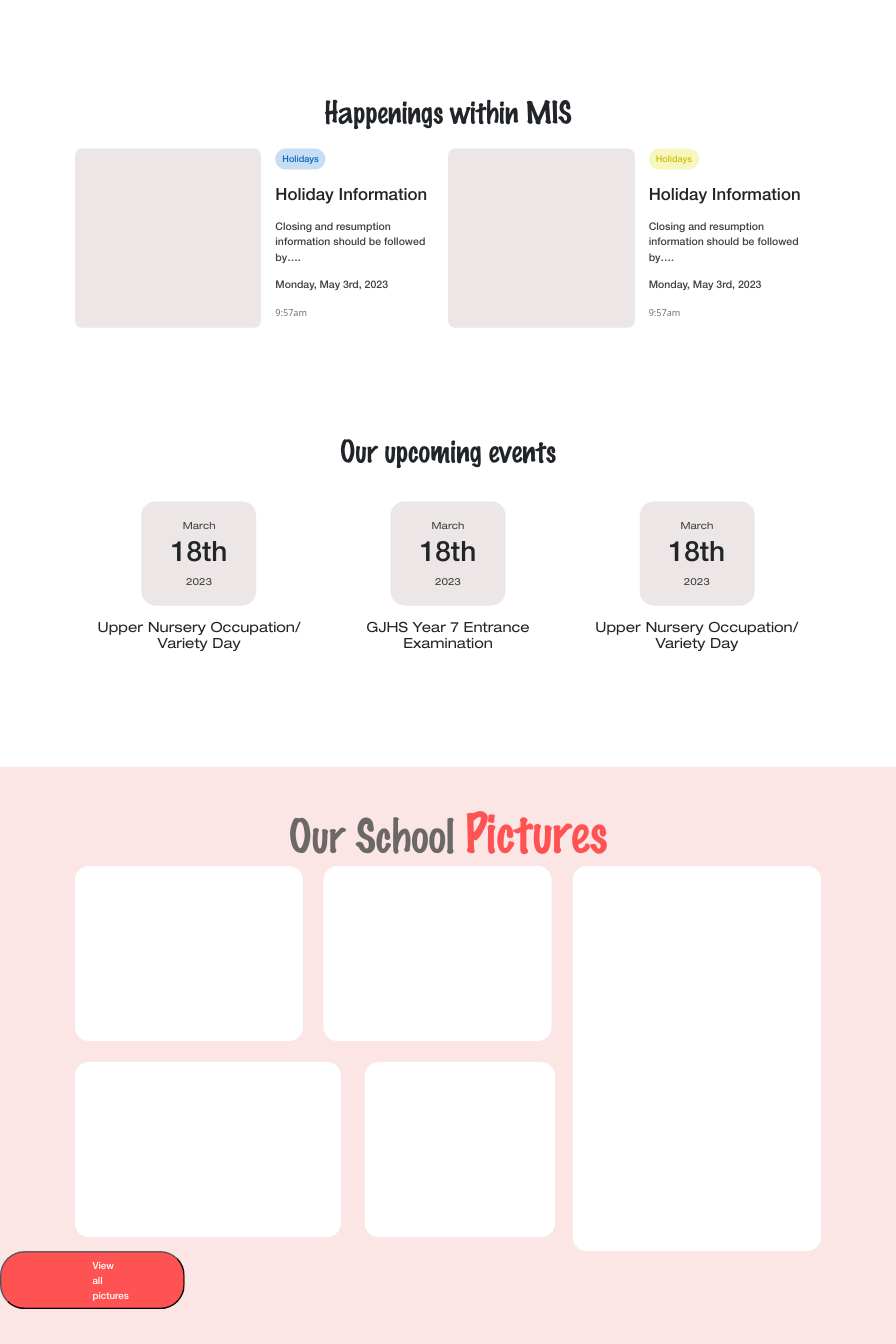
Repository: sarahnnanyelugo/MIGS
Page: /
An editor plug-in stored every save of this project. The page is shown before and after the next save, followed by the edit.
The browser window is 1280 px wide. The pictures show the part of the page from y = 4536 to 6456 px (the page is 6456 px tall), at 70% of full size.
The project was rebuilt for these pictures with package versions that can differ from the ones it lists, and the page was loaded fresh each time.

Above is the page before, as saved 2023-05-30 17:28:12.

After the next save:
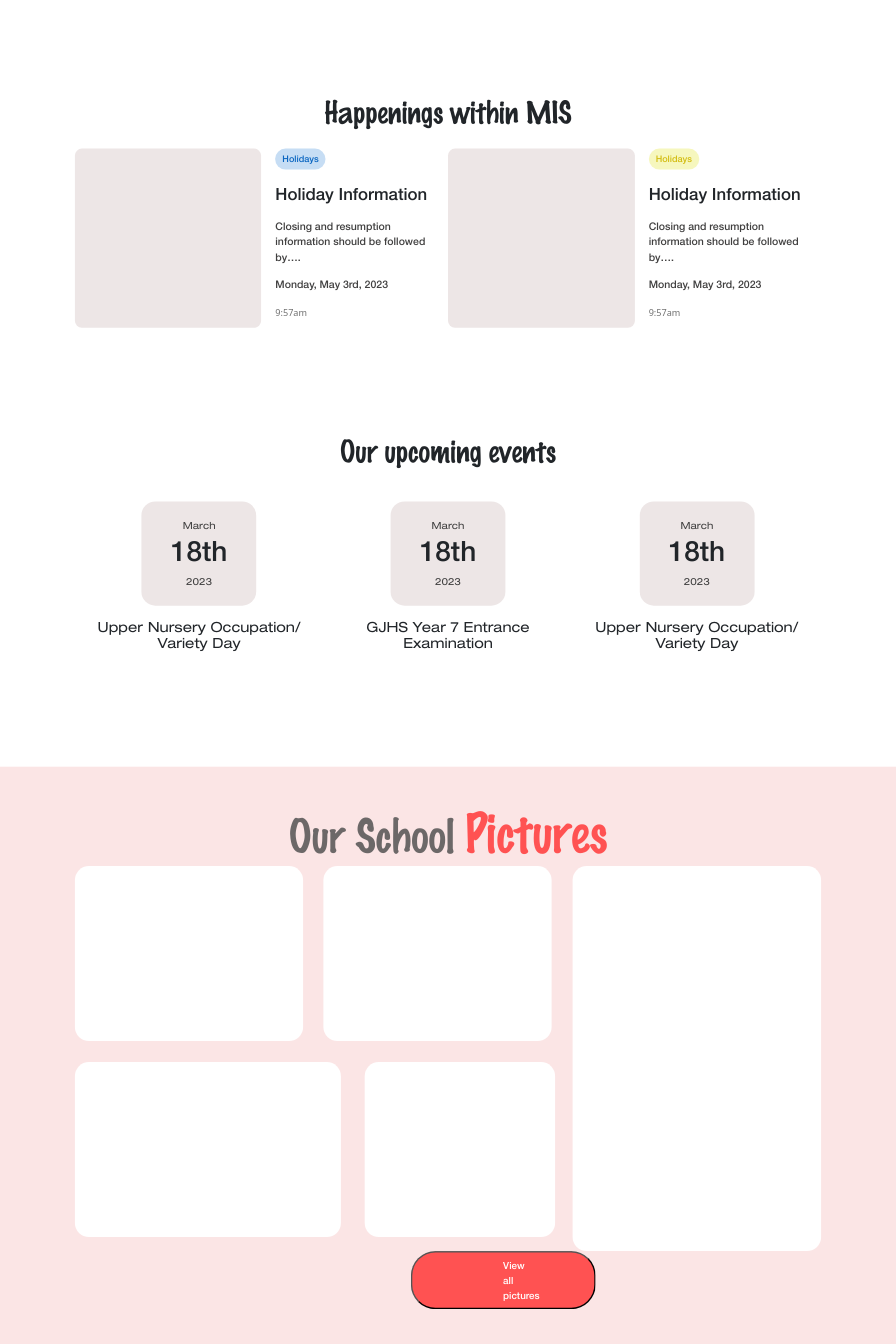
Saved 19 s later.
--- a/src/pages/Home/Home.js
+++ b/src/pages/Home/Home.js
@@ -343,8 +343,11 @@ function Home() {
           <div className="col-md-4 img-div"></div>
         </div>
 
-        <center className="col-md-1">
-          <button className="app-btn">View all pictures</button>
+        <center>
+          <div className="col-md-1">
+            {" "}
+            <button className="app-btn">View all pictures</button>
+          </div>
         </center>
       </div>
       <div>
